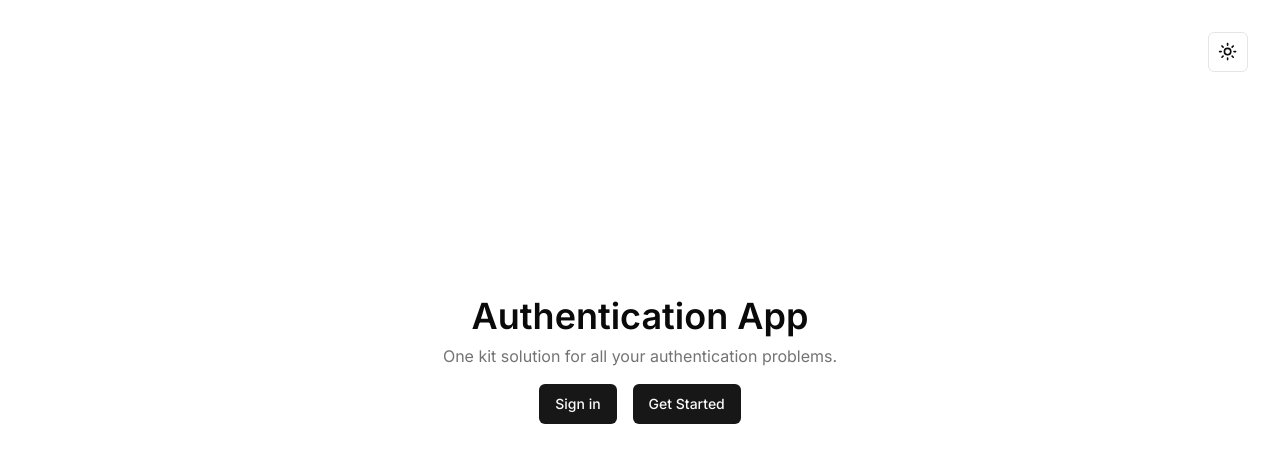
Repository: nickgoel31/authentication-toolkit
Page: /
These files come from the project's save history. The page is drawn as it stood at one moment and after the next save; the edit follows.
The browser window is 1280 px wide. The pictures show the whole page.
The project was rebuilt for these pictures with package versions that can differ from the ones it lists, and the page was loaded fresh each time. The framework's server and built-in components were replaced by stand-ins that run in the browser. Also part of the build but not shown: next.config.mjs.

Above is the page before, as saved 2024-02-04 13:09:25.

After the next save:
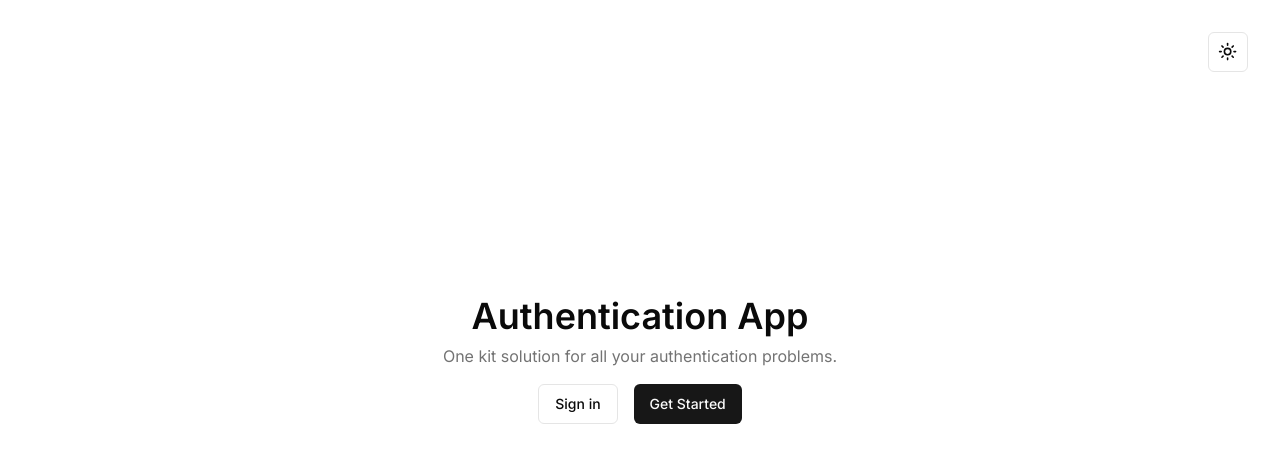
Saved 23 s later.
--- a/app/(landing)/page.tsx
+++ b/app/(landing)/page.tsx
@@ -9,8 +9,8 @@ export default function Home() {
       <p className="text-muted-foreground text-medium">One kit solution for all your authentication problems.</p>
 
       <div className="flex items-center gap-4 pt-2">
-        <Button><Link href={'/sign-in'}>Sign in</Link></Button>
-        <Button><Link href={'/sign-up'}>Get Started</Link></Button>
+        <Button variant={"outline"} asChild><Link href={'/sign-in'}>Sign in</Link></Button>
+        <Button asChild><Link href={'/sign-up'}>Get Started</Link></Button>
 
       </div>
     </div>
